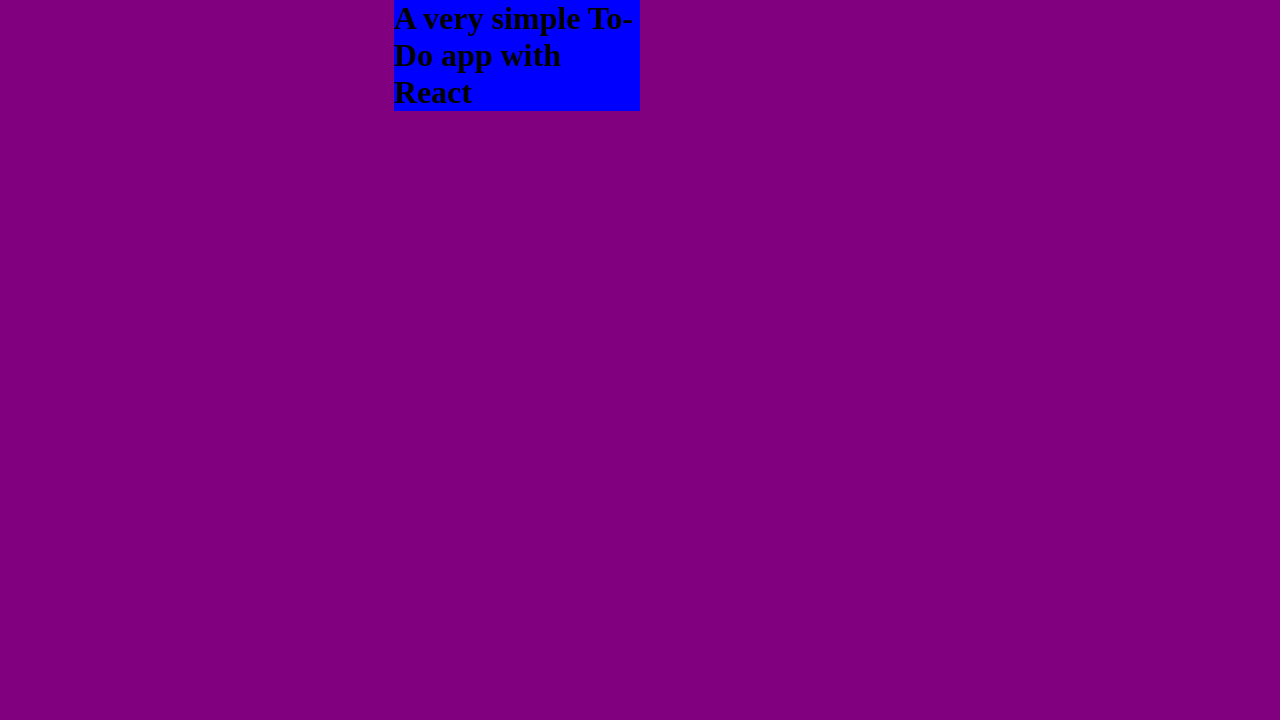
Repository: darioskpavoni/to-do-react
Page: /
These files come from the project's save history. The page is drawn as it stood at one moment and after the next save; the edit follows.
The browser window is 1280 px wide. The pictures show the whole page.
The project was rebuilt for these pictures with package versions that can differ from the ones it lists, and the page was loaded fresh each time. Also part of the build but not shown: vite.config.ts.

Above is the page before, as saved 2023-03-19 23:41:11.

### index.html
<!DOCTYPE html>
<html lang="en">
  <head>
    <meta charset="UTF-8" />
    <link rel="icon" type="image/svg+xml" href="/react.svg" />
    <meta name="viewport" content="width=device-width, initial-scale=1.0" />
    <title>To-Do App - React</title>
  </head>
  <body>
    <div id="root"></div>
    <script type="module" src="/src/main.tsx"></script>
  </body>
</html>

### src/App.tsx
import { useState } from "react";
import "./App.css";

function App() {
  return (
    <div className="App">
      <h1>A very simple To-Do app with React</h1>
    </div>
  );
}

export default App;

### src/index.css
* {
  margin: 0;
  padding: 0;
}

:root {
  background-color: purple;
  display: flex;
  flex-direction: column;
  align-items: center;
}

### src/App.css
.App {
  height: 100%;
  width: 50%;
  background-color: blue;
}

Loaded but not shown: src/main.tsx (common file)

After the next save:
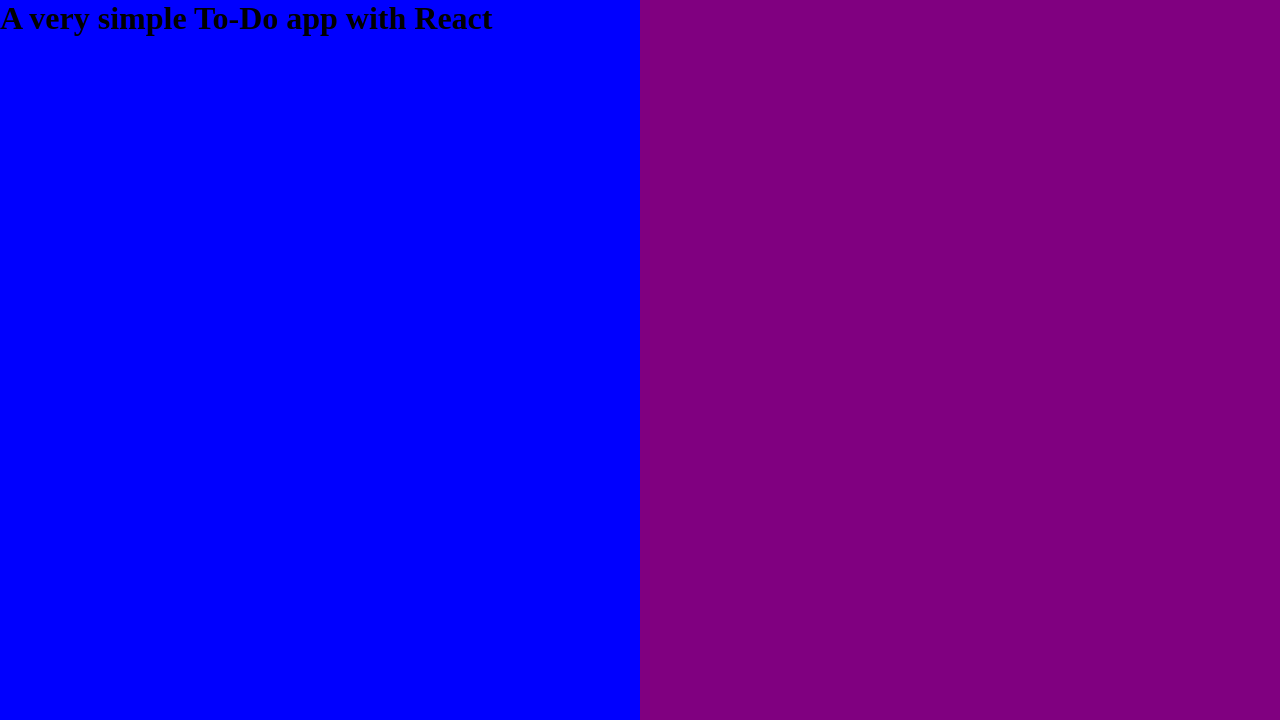
Saved 21 s later.
--- a/src/index.css
+++ b/src/index.css
@@ -1,6 +1,13 @@
 * {
   margin: 0;
   padding: 0;
+}
+
+:root,
+body,
+body > #root {
+  height: 100%;
+  width: 100%;
 }
 
 :root {
